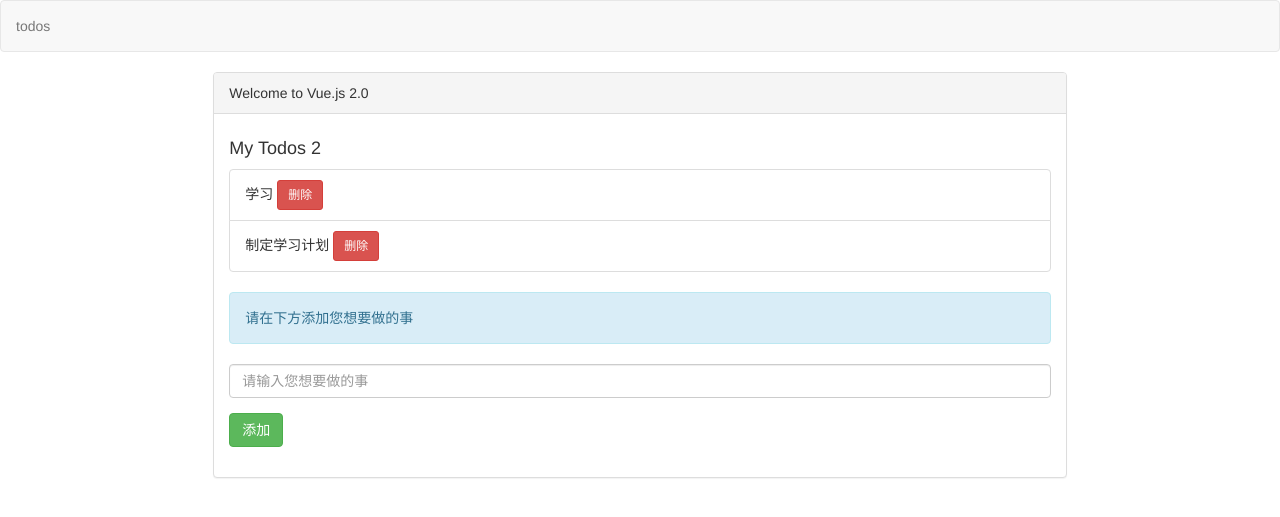
Repository: myr1111/todo
Page: Todoapp/index.html
The author's editor kept a copy of each file at every save. The page is drawn from the files as they stood at one save, then again after the next save.
The browser window is 1280 px wide. The pictures show the whole page.

Above is the page before, as saved 2019-04-01 08:40:34.

After the next save:
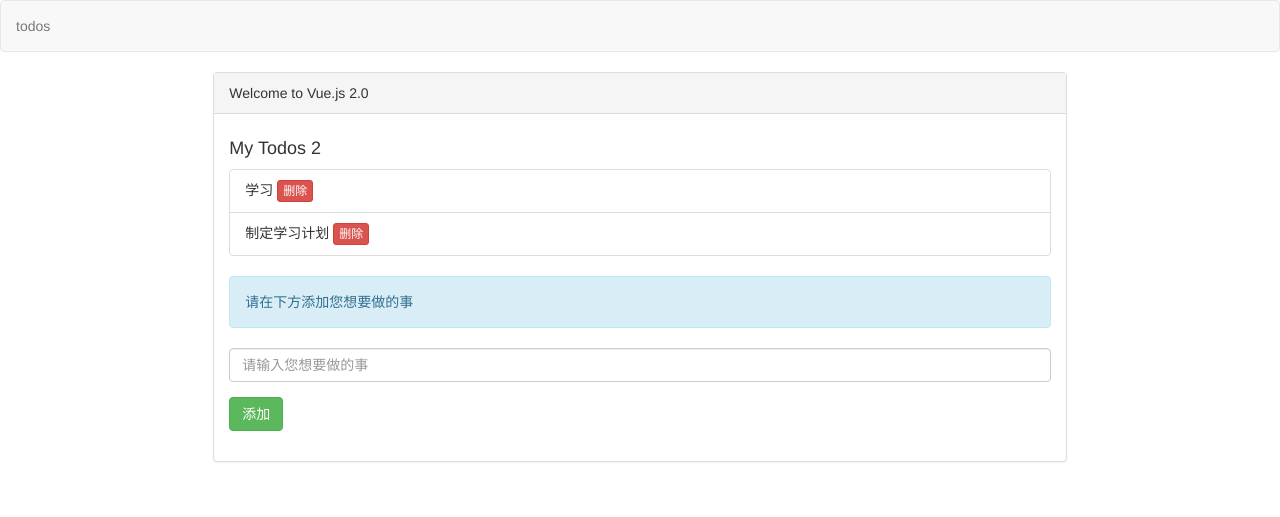
Saved 4 s later.
--- a/Todoapp/index.html
+++ b/Todoapp/index.html
@@ -22,7 +22,7 @@
                         <li class="list-group-item"
                             v-for="todo in todos"
                         >{{todo.title}}
-                            <button class="btn btn-danger btn-sm">删除</button>
+                            <button class="btn btn-danger btn-xs">删除</button>
                         </li>
                     </ul>
                     <div class="alert alert-info">请在下方添加您想要做的事</div>
